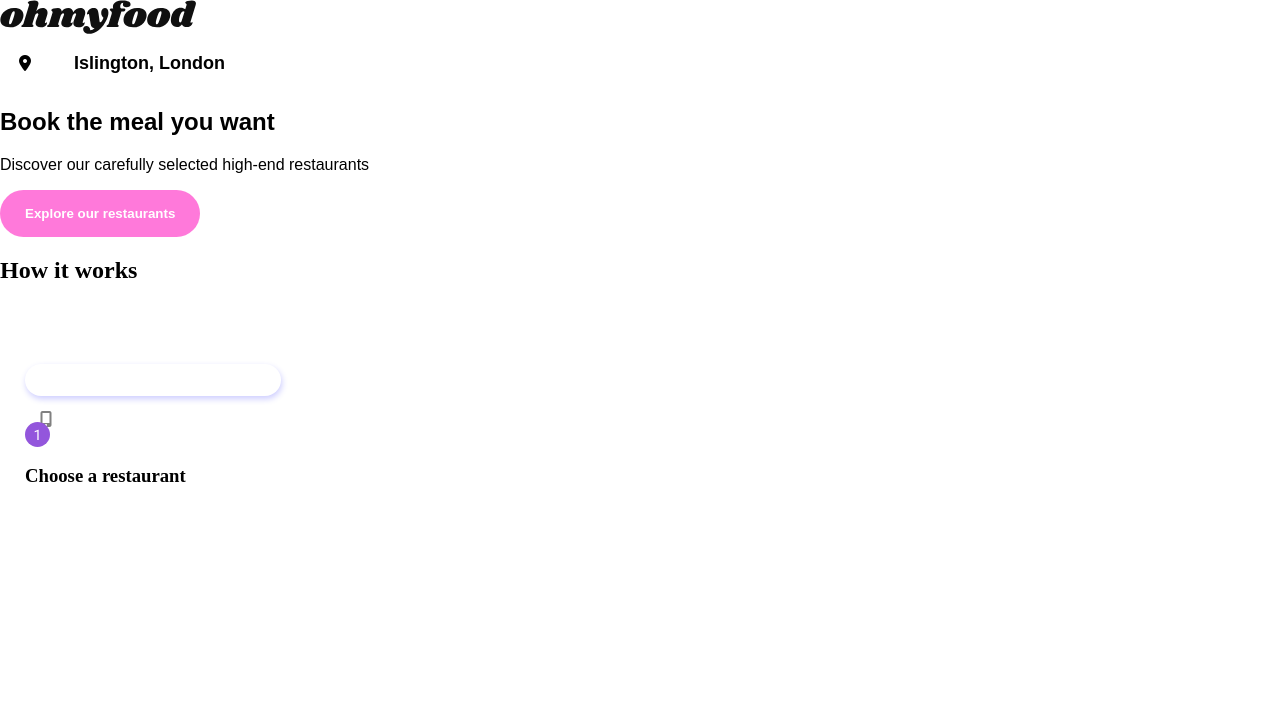
Repository: R1ptou/Project-3
Page: index.html
The author's editor kept a copy of each file at every save. The page is drawn from the files as they stood at one save, then again after the next save.
The browser window is 1280 px wide. The pictures show the whole page.
Some web fonts or font styles are not loaded; a fallback is used. The style sheet was rebuilt from its Sass, Less or Tailwind sources for each picture, by a compiler version that may differ from the author's.

Above is the page before, as saved 2024-02-10 14:07:47.

After the next save:
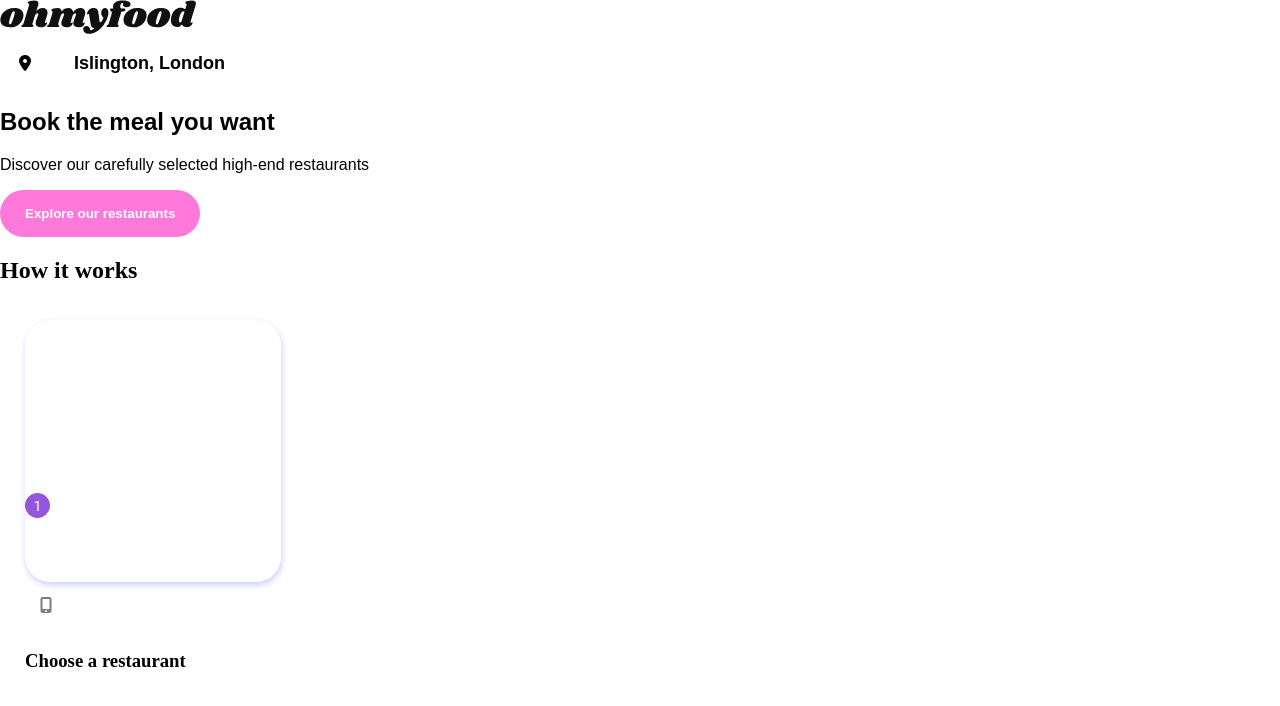
Saved 19 s later.
--- a/scss/style.scss
+++ b/scss/style.scss
@@ -81,7 +81,7 @@ a {
     flex-direction: column;
     justify-content: center;
     width: 20vw;
-    height: 230px;
+
     padding: 16px 25px;
 }
 
@@ -91,6 +91,7 @@ a {
     padding: 16px 25px;
     background: #fff;
     border-radius: 25px;
+    height: 230px;
     box-shadow: 1px 3px 6px 0px rgba(0, 0, 255, .2);
     font: 0.9rem "Roboto", sans-serif;
     color: #000;
